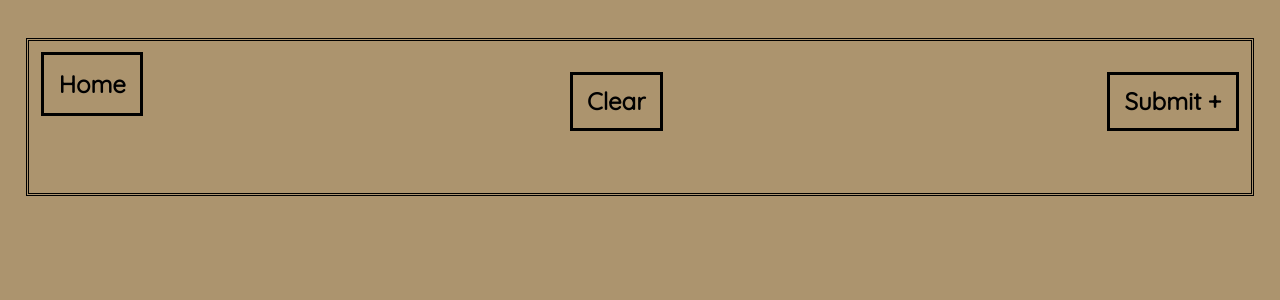
Repository: rickypcyt/ricky-react-portfolio
Page: /WebMural
An editor plug-in stored every save of this project. The page is shown before and after the next save, followed by the edit.
The browser window is 1280 px wide. The pictures show the whole page.
The project was rebuilt for these pictures with package versions that can differ from the ones it lists, and the page was loaded fresh each time. Also part of the build but not shown: src/Content.js, src/pages/Info.js, src/pages/Projects.js, src/pages/Contact.js, src/pages/NotesJS.js.

Above is the page before, as saved 2022-09-12 14:55:52.

### src/index.js
import React from "react";
import ReactDOM from "react-dom/client";
import "./index.css";
import App from "./App";
import reportWebVitals from "./reportWebVitals";
import { BrowserRouter, Routes, Route, Switch } from "react-router-dom";

const root = ReactDOM.createRoot(document.getElementById("root"));
root.render(
  <React.StrictMode>
    <BrowserRouter>
      <App />
    </BrowserRouter>
  </React.StrictMode>
);

// If you want to start measuring performance in your app, pass a function
// to log results (for example: reportWebVitals(console.log))
// or send to an analytics endpoint. Learn more: https://bit.ly/CRA-vitals
reportWebVitals();

### src/index.css
@import url("https://fonts.googleapis.com/css2?family=Quicksand");

input[type="file"] {
  display: none;
}
.container {
  top: 0%;
  left: 0%;
}
::marker {
  display: none;
}
.image-container {
  width: 100%;
  margin: auto;
  display: flex;
  flex-direction: row;
  justify-content: space-evenly;
  gap: 15px;
  padding: 10px;
}
body {
  line-height: 1;
  font-family: "Quicksand";
  font-size: large;
  margin: 2%;
  padding: 1%;
  border-style: double;
  margin-top: 3%;
  background: #ac946e;
}
ol {
  list-style: none;
  display: flex;
  padding: 0;
  justify-content: space-between;
  align-items: flex-start;
  display: flex;
  flex-wrap: wrap;
  align-content: center;
}
.content {
  position: absolute;
  right: calc(var(--pad) * 2);
  bottom: calc(var(--pad) * 2);
  white-space: nowrap;
}
.parrafo {
  line-height: 1.5;
  text-align: end;
  font-size: larger;
}
.parrafo span {
  display: block;
}
.titulo {
  margin: 0;
}
.oli {
  font-weight: bold;
  border-style: solid;
  font-size: x-large;
  padding: 1ch;
}
.descripcion {
  font-weight: lighter;
  font-style: oblique;
}
.oli:hover {
  color: black;
  border-style: dotted;
}
.page {
  padding-top: 2%;
  padding-bottom: 3%;
}
.pageContact {
  padding-top: 8%;
  padding-bottom: 9%;
}
.cabeceranavi {
  padding-bottom: 1%;
}
p {
  font-weight: bold;
}
a {
  color: black;
  text-decoration: none;
  padding: 0ch;
}
span {
  font-size: larger;
}
li {
  width: 7%;
  height: 10%;
}
ul {
  list-style-type: none;
  margin: 0%;
  display: flex;
  align-items: center;
  flex-direction: row;
  padding-top: 5%;
  padding-bottom: 5%;
  padding-left: 0%;
  justify-content: space-around;
}
.imagenes {
  display: block;
  height: auto;
  width: auto;
  padding-top: 5%;
  padding-bottom: 5%;
}

.imagenesproyect {
  position: relative;
}
.fixer {
  display: flex;
  flex-direction: row;
  justify-content: space-evenly;
  padding-bottom: 3%;
}
.overlay {
  position: absolute;
  top: 0.83cm;

  background: rgb(0, 0, 0);
  background: rgb(2, 0.3, 0.9, 0.6); /* Black see-through */
  color: #f1f1f1;
  width: 100%;
  transition: 0.5s ease;
  color: white;
  text-align: center;
  font-size: 20px;
  padding-top: 20px;
  padding-bottom: 20px;
  opacity: 0;
}
.imagenesproyect:hover .overlay {
  opacity: 1;
}
.overlay2 {
  position: absolute;
  bottom: 8%;
  background: rgb(0, 0, 0);
  background: rgba(40, 40, 40, 0.6); /* Black see-through */
  color: #f1f1f1;
  width: 100%;
  transition: 0.5s ease;
  color: white;
  text-align: center;
  font-size: 20px;
  padding-top: 20px;
  padding-bottom: 20px;
  opacity: 0;
}
.imagenesproyect:hover .overlay2 {
  opacity: 1;
}

.homeinfo {
  font-size: x-large;
}

@media screen and (max-width: 1340px) {
  .fixer {
    flex-direction: column;
    justify-content: center;
  }
  .imagenes {
    height: auto;
    width: 100%;
  }
  ol {
  }
}

.image-container {
  width: auto;
  margin: auto;
  /* display: flex; */
  flex-wrap: wrap;
  gap: 15px;
  padding: 10px;
}

.image-container img {
  max-width: 100%;
  max-height: 225px;
}

.container .image-container .image {
  border: 4px solid black;
  overflow: hidden;
  /* cursor: pointer; */
}

.container .image-container .image img {
  height: 100%;
  width: 100%;
}
@media (max-width: 700px) {
  .image-container img {
    max-height: -10px;
  }
}

.image:hover {
  transform: scale(1.15); /* (150% zoom - Note: if the zoom is too large, it will go outside of the viewport) */
}

.oli:hover {
  transform: scale(1.15); /* (150% zoom - Note: if the zoom is too large, it will go outside of the viewport) */
}

### src/App.js
import Content from "./Content";
import Info from "./pages/Info";
import Projects from "./pages/Projects";
import Contact from "./pages/Contact";
import WebMural from "./pages/WebMural";
import NotesJS from "./pages/NotesJS";
import { Route, Routes, Switch } from "react-router-dom";

function App() {
  return (
    <>
      <Routes>
        <Route path="/" element={<Content />}/>
        <Route path="/Projects" element={<Projects />} />
        <Route path="/Info" element={<Info />} />
        <Route path="/Contact" element={<Contact />} />
        <Route path="/WebMural" element={<WebMural />} />
        <Route path="/NotesJS" element={<NotesJS />} />
      </Routes>
    </>
  );
}
export default App;

### src/pages/WebMural.js
import React, { useState } from "react";

import { Link, useMatch, useResolvedPath } from "react-router-dom";

const UploadAndDisplayImage = () => {
  const [selectedFiles, setSelectedFiles] = useState([]);
  const handleImageChange = (e) => {
    setSelectedFiles([]);
    if (e.target.files) {
      const filesArray = Array.from(e.target.files).map((file) =>
        URL.createObjectURL(file)
      );
      setSelectedFiles((prevImages) => prevImages.concat(filesArray));
      Array.from(e.target.files).map((file) => URL.revokeObjectURL(file));
    }
  };

  const renderPhotos = (source) => {
    return source.map((photo) => {
      return (
        <div class="container">
          <figure class="image-container">
            <img className="image" src={photo} alt="" key={photo} />
          </figure>
        </div>
      );
    });
  };

  return (
    <main>
      <nav className="cabeceranavi">
        <ol>
          <CustomLink to="/" className="oli">
            Home
          </CustomLink>
          <nav className="oli" onClick={() => handleImageChange(null)}>
            Clear
          </nav>
          <label for="upload-button">
            <nav>
              <input
                type="file"
                id="upload-button"
                multiple="multiple"
                accept="image/*"
                onChange={handleImageChange}
              />
              <div class="oli"> Submit + </div>
            </nav>
          </label>
        </ol>
      </nav>
      {selectedFiles && (
        <div className="paddingimxd">
          <div class="image-container">{renderPhotos(selectedFiles)}</div>
        </div>
      )}
    </main>
  );
};

export default UploadAndDisplayImage;

function CustomLink({ to, children, ...props }) {
  const resolvedPath = useResolvedPath(to);
  const isActive = useMatch({ path: resolvedPath.pathname, end: true });
  return (
    <li className={isActive ? "active" : ""}>
      <Link to={to} {...props}>
        {children}
      </Link>
    </li>
  );
}

Loaded but not shown: public/index.html (common file); src/reportWebVitals.js (common file)

After the next save:
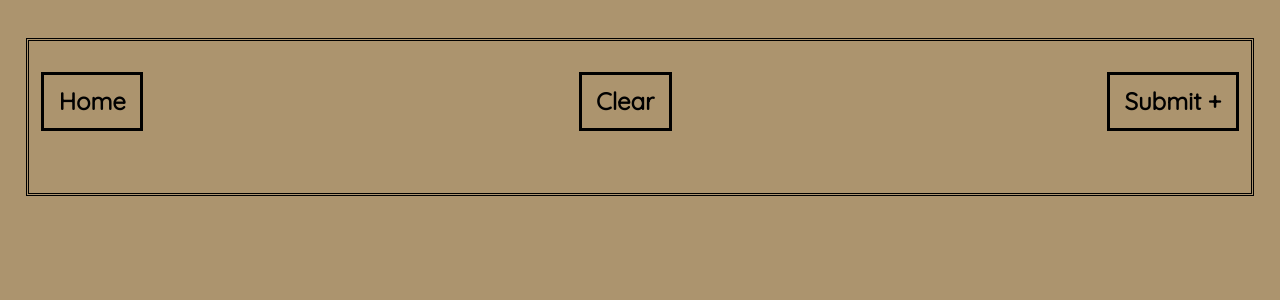
Saved 3 min 4 s later.
--- a/src/pages/WebMural.js
+++ b/src/pages/WebMural.js
@@ -31,9 +31,9 @@ const UploadAndDisplayImage = () => {
     <main>
       <nav className="cabeceranavi">
         <ol>
-          <CustomLink to="/" className="oli">
+          <div CustomLink to="/" className="oli">
             Home
-          </CustomLink>
+          </div>
           <nav className="oli" onClick={() => handleImageChange(null)}>
             Clear
           </nav>
